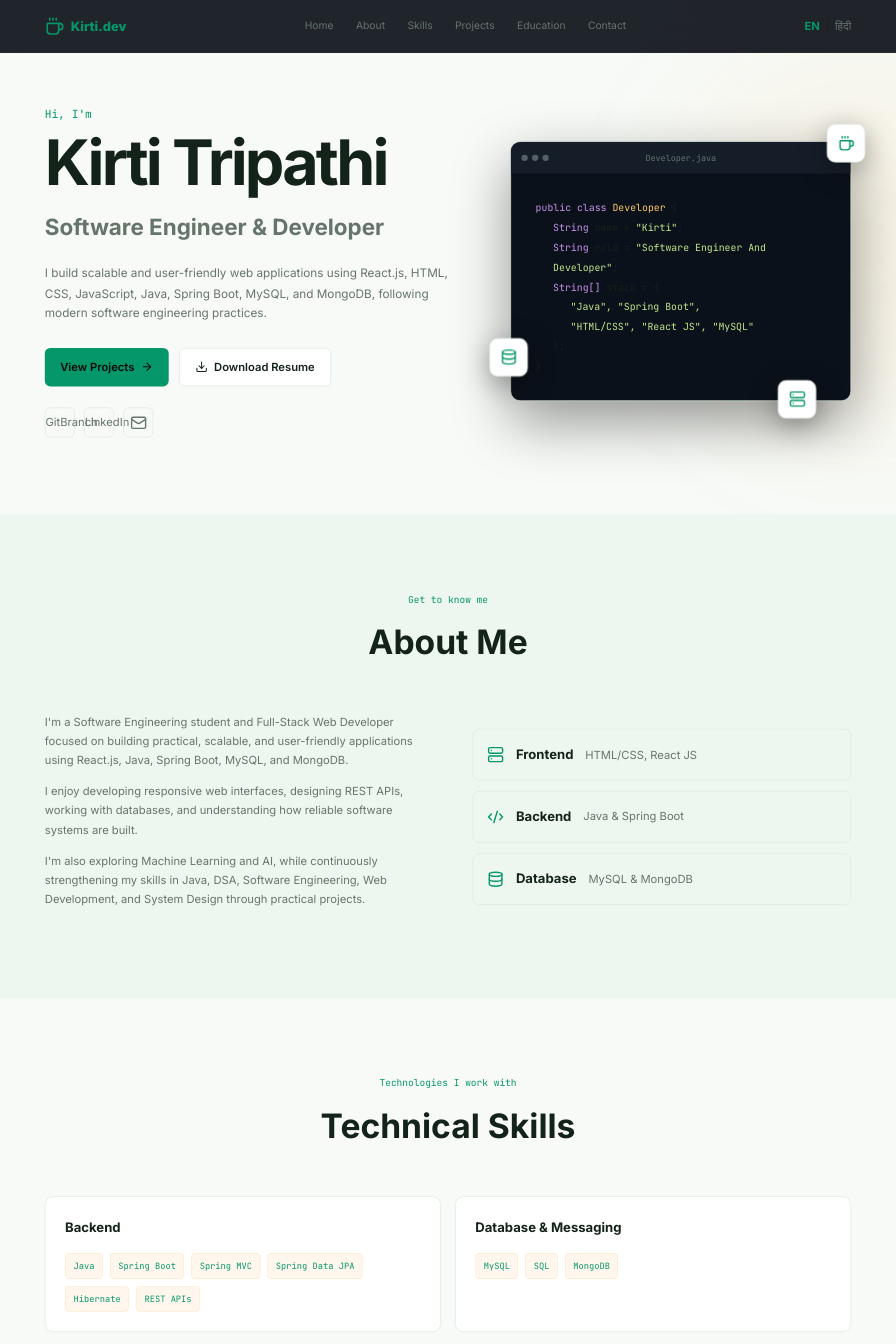
Repository: Rashi-Kirti06/En-Hi-Portfolio
Page: /
An editor plug-in stored every save of this project. The page is shown before and after a run of saves, followed by the edit.
The browser window is 1280 px wide. The pictures show the part of the page from y = 0 to 1920 px (the page is 4993 px tall), at 70% of full size.
The project was rebuilt for these pictures with package versions that can differ from the ones it lists, and the page was loaded fresh each time. Also part of the build but not shown: vite.config.js.

Above is the page before, as saved 2026-09-06 16:52:31.

After the next 2 saves:
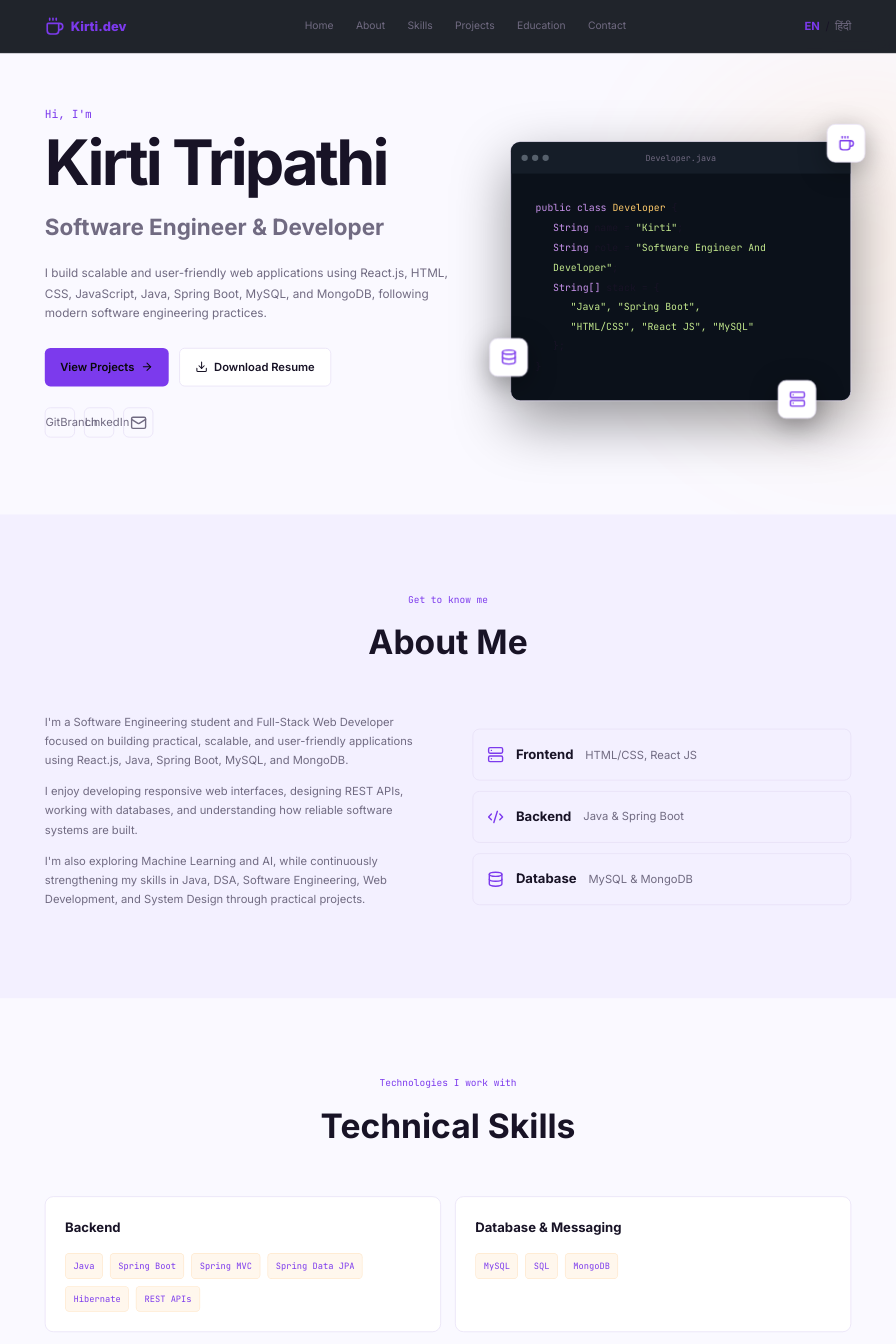
The 2 saves are shown as one change because they came seconds apart.
The last was saved 33 s later.
--- a/src/index.css
+++ b/src/index.css
@@ -104,7 +104,7 @@
 --green: #059669;
 --border: #d5e5e9; */
 
---background: #f7faf7;
+/* --background: #f7faf7;
 --background-secondary: #eef6f0;
 --card: #ffffff;
 --card-hover: #f4faf5;
@@ -113,7 +113,18 @@
 --primary: #059669;
 --primary-hover: #047857;
 --green: #16a34a;
---border: #dce9df;
+--border: #dce9df; */
+
+--background: #faf9ff;
+--background-secondary: #f3f0ff;
+--card: #ffffff;
+--card-hover: #f8f6ff;
+--text: #181326;
+--text-muted: #716b82;
+--primary: #7c3aed;
+--primary-hover: #6d28d9;
+--green: #16a34a;
+--border: #e5def5;
 
 
 
